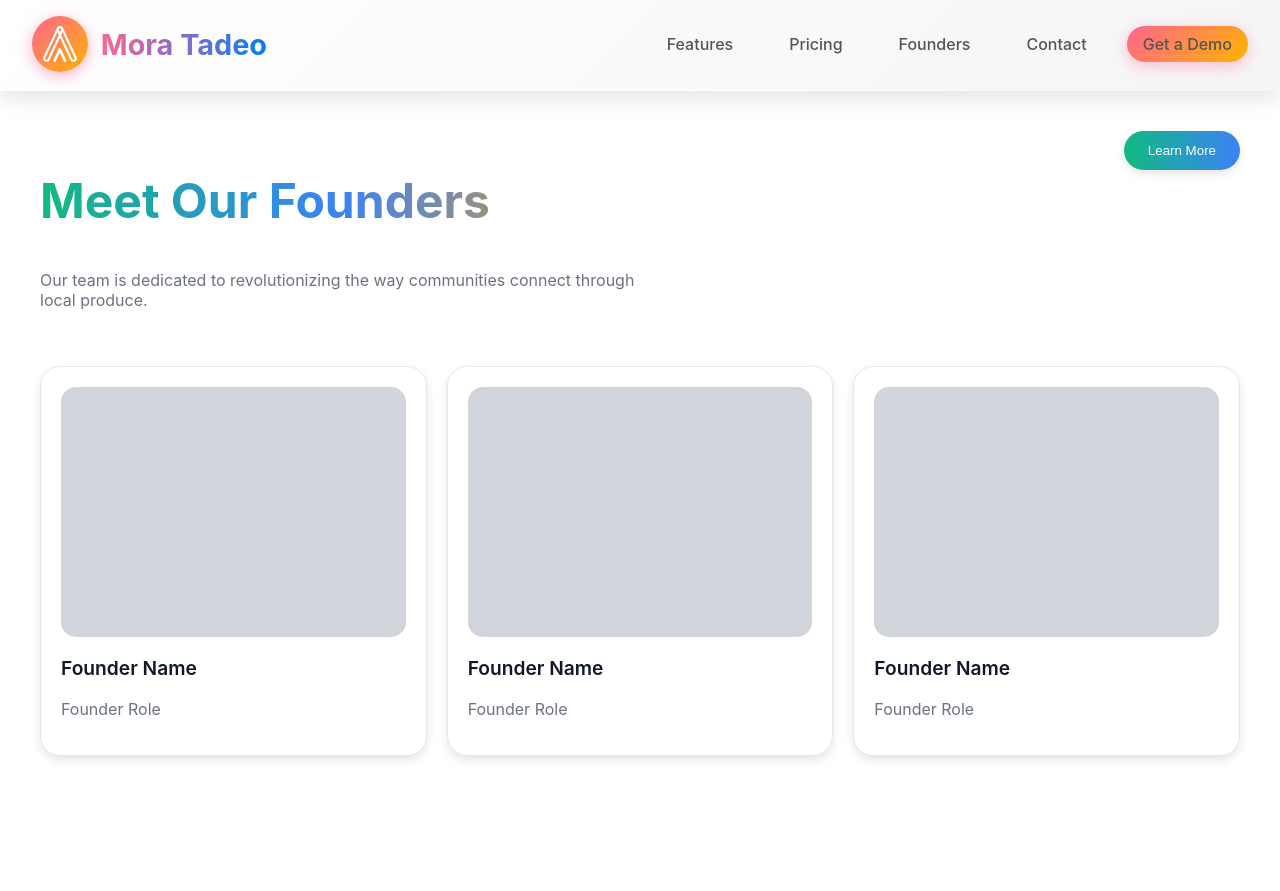
Repository: AbrahamM007/moratadeo
Page: /founders
An editor plug-in stored every save of this project. The page is shown before and after the next save, followed by the edit.
The browser window is 1280 px wide. The pictures show the whole page.
The project was rebuilt for these pictures with package versions that can differ from the ones it lists, and the page was loaded fresh each time. Also part of the build but not shown: src/HeroSection.css, src/HeroSection.js, src/InfoSection.css, src/InfoSection.js, src/RoadmapSection.css, src/RoadmapSection.js, src/DesignPhaseSection.js, src/HeroBanner.js and 7 more.

Above is the page before, as saved 2025-02-15 13:11:25.

After the next save:
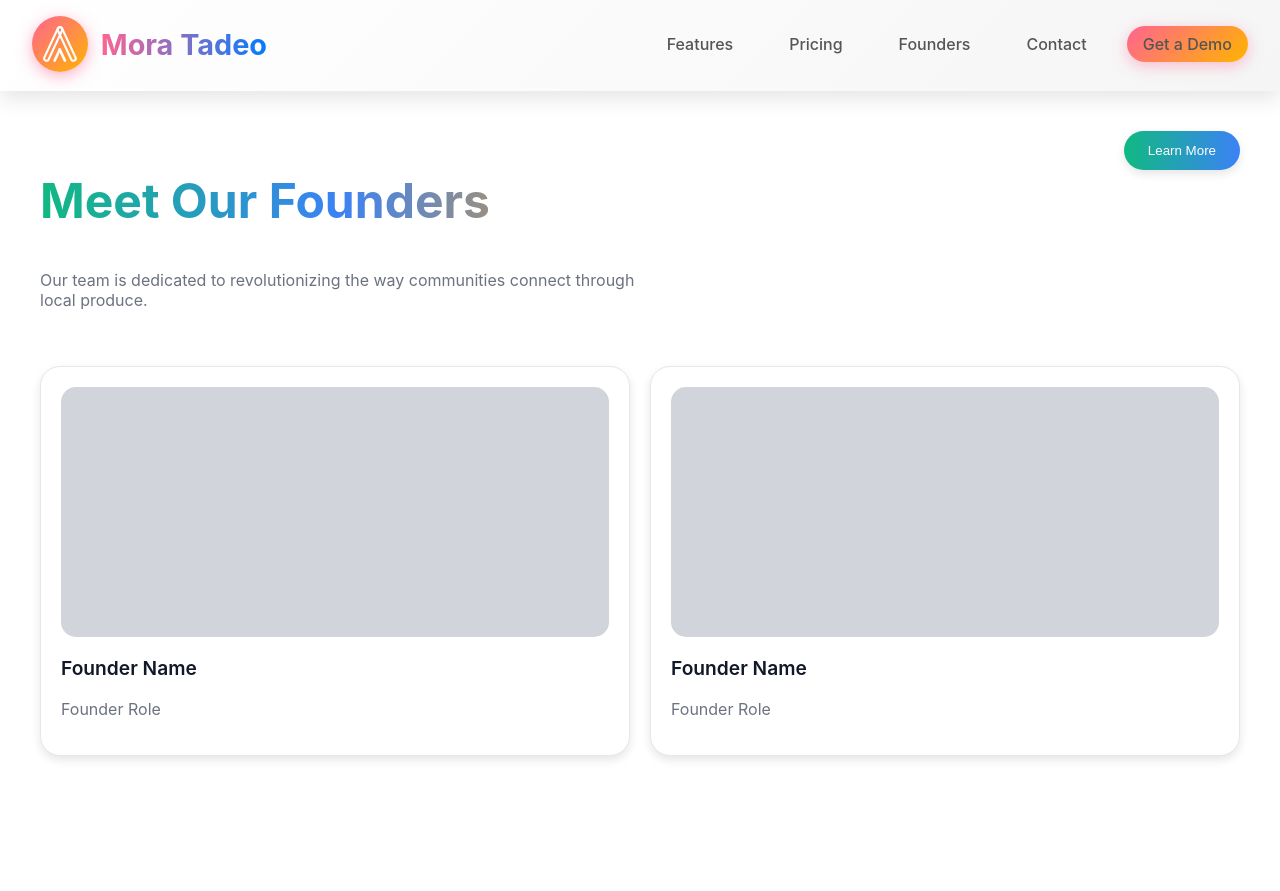
Saved 16 s later.
--- a/src/FoundersPage.js
+++ b/src/FoundersPage.js
@@ -18,7 +18,7 @@ const FoundersPage = () => {
 
       {/* Founders Section */}
       <div className="founders-grid">
-        {[1, 2, 3].map((founder, index) => (
+        {[1, 2].map((founder, index) => (
           <motion.div
             key={index}
             initial={{ opacity: 0, y: 50 }}
